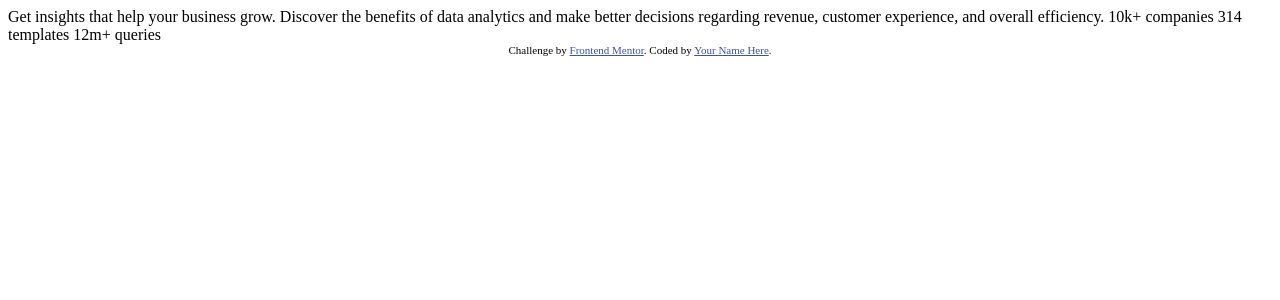
Repository: wasanmsn/Card_Challange
Page: index.html
The author's editor kept a copy of each file at every save. The page is drawn from the files as they stood at one save, then again after the next save.
The browser window is 1280 px wide. The pictures show the whole page.

Above is the page before, as saved 2021-07-21 15:29:17.

After the next save:
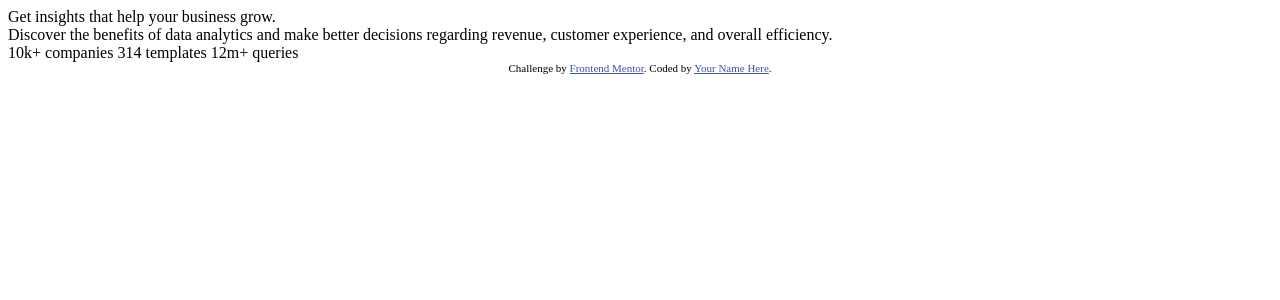
Saved 3 min 36 s later.
--- a/index.html
+++ b/index.html
@@ -5,6 +5,7 @@
   <meta name="viewport" content="width=device-width, initial-scale=1.0"> <!-- displays site properly based on user's device -->
 
   <link rel="icon" type="image/png" sizes="32x32" href="./images/favicon-32x32.png">
+  <link rel="stylesheet" href="./stylesheet.css">
 
   <title>Frontend Mentor | Stats preview card component</title>
 
@@ -15,15 +16,18 @@
   </style>
 </head>
 <body>
-
+  <div>
   Get insights that help your business grow.
-
+  </div>
+  <div>
   Discover the benefits of data analytics and make better decisions regarding revenue, customer
   experience, and overall efficiency.
-
-  10k+ companies
-  314 templates
-  12m+ queries
+  </div>
+  <div>
+    10k+ companies
+    314 templates
+    12m+ queries
+  </div>
 
   <div class="attribution">
     Challenge by <a href="https://www.frontendmentor.io?ref=challenge" target="_blank">Frontend Mentor</a>.
